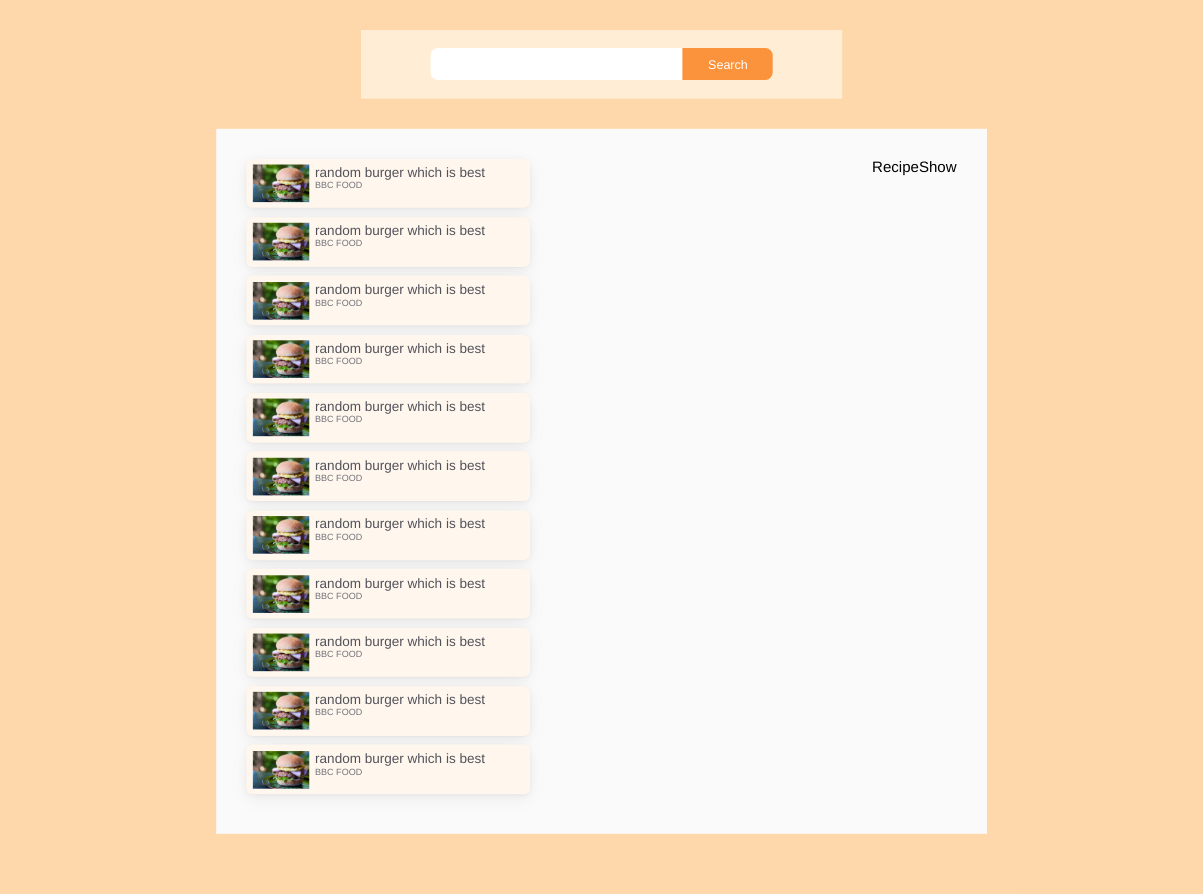
Repository: sandipkarmokar/recipeApp
Page: /
The author's editor kept a copy of each file at every save. The page is drawn from the files as they stood at one save, then again after the next save.
The browser window is 1280 px wide. The pictures show the whole page, at 94% of full size.
The project was rebuilt for these pictures with package versions that can differ from the ones it lists, and the page was loaded fresh each time.

Above is the page before, as saved 2022-04-16 12:19:58.

After the next save:
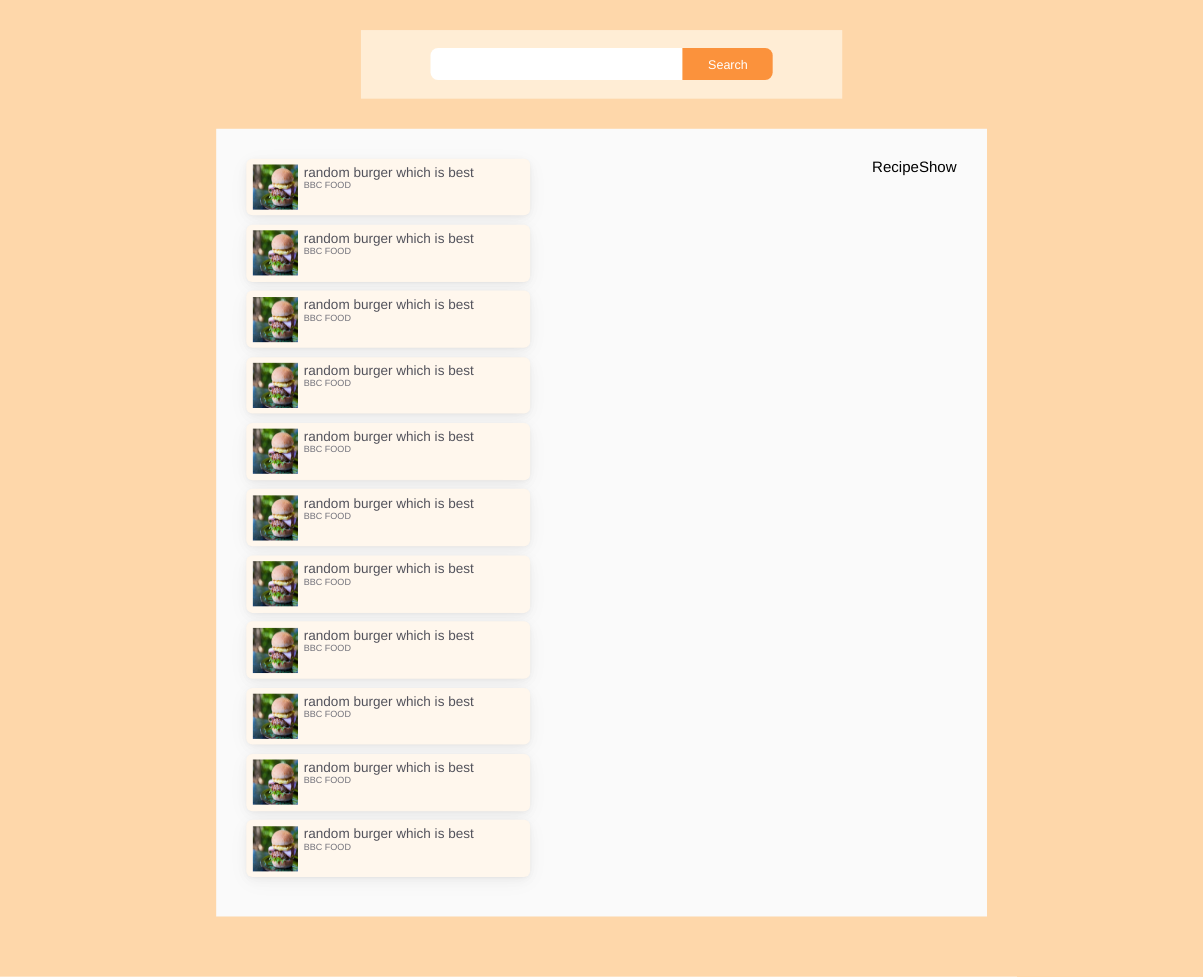
Saved 19 s later.
--- a/src/App.css
+++ b/src/App.css
@@ -89,7 +89,8 @@
     .recipeList-container
     .recipe-item
     img {
-    height: 40px;
+    height: 48px;
+    width: 48px;
 }
 .app
     .app-container
